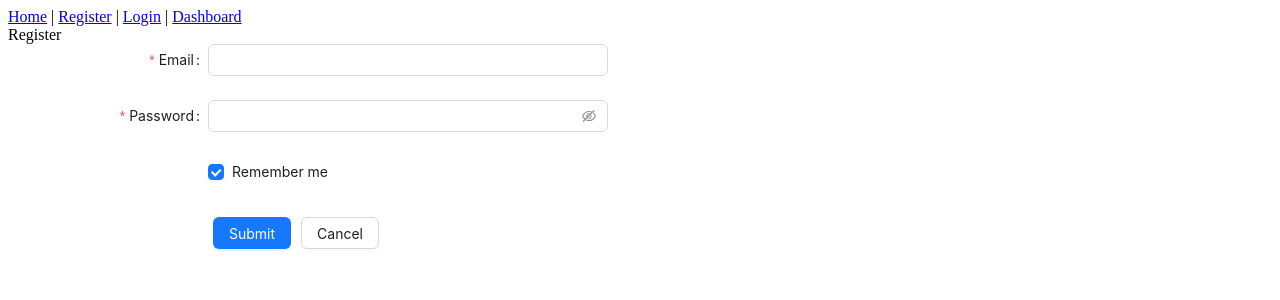
Repository: shaynewx/Airbrb
Page: /register (app in frontend/)
The author's editor kept a copy of each file at every save. The page is drawn from the files as they stood at one save, then again after the next save.
The browser window is 1280 px wide. The pictures show the whole page.
The project was rebuilt for these pictures with package versions that can differ from the ones it lists, and the page was loaded fresh each time. Also part of the build but not shown: frontend/src/components/Home.jsx, frontend/src/components/form/apiService.jsx, frontend/src/components/form/LoginForm.jsx, frontend/src/components/Login.jsx, frontend/src/components/Dashboard.jsx.

Above is the page before, as saved 2023-11-07 13:09:02.

After the next save:
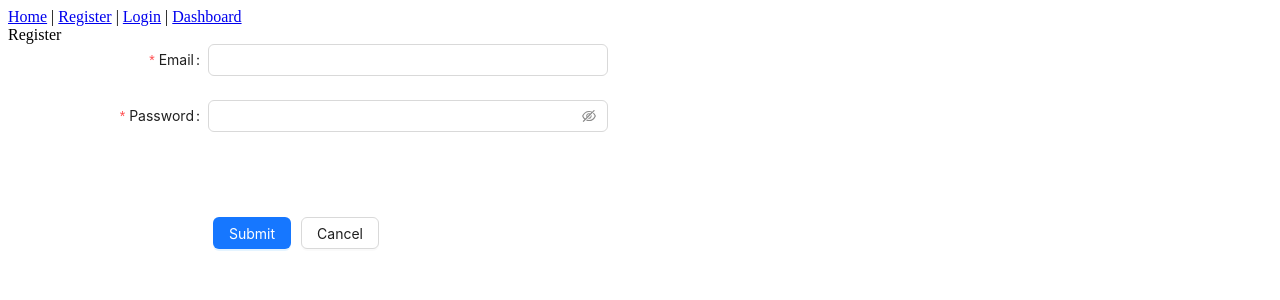
Saved 22 s later.
--- a/frontend/src/components/form/RegisterForm.jsx
+++ b/frontend/src/components/form/RegisterForm.jsx
@@ -70,7 +70,7 @@
         span: 16,
       }}
     >
-      <Checkbox>Remember me</Checkbox>
+
     </Form.Item>
 
     <Form.Item

After the save that followed:
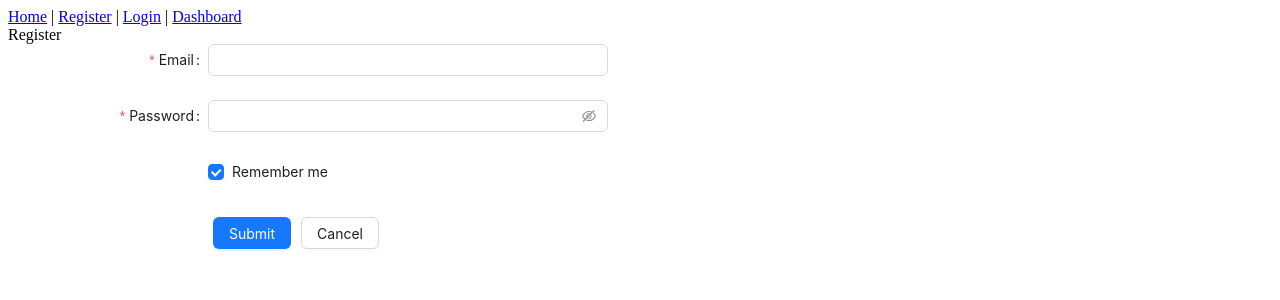
Saved 4 s later.
--- a/frontend/src/components/form/RegisterForm.jsx
+++ b/frontend/src/components/form/RegisterForm.jsx
@@ -70,7 +70,7 @@
         span: 16,
       }}
     >
-
+      <Checkbox>Remember me</Checkbox>
     </Form.Item>
 
     <Form.Item
